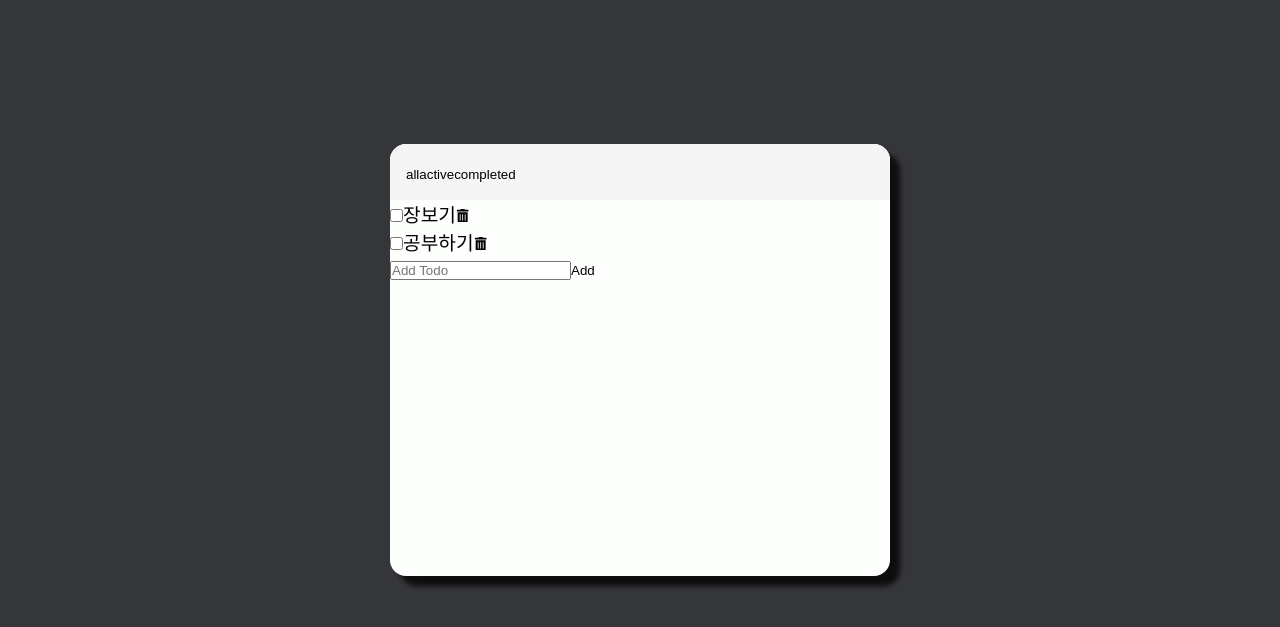
Repository: MrJinkyu/TodoList
Page: /
These files come from the project's save history. The page is drawn as it stood at one moment and after the next save; the edit follows.
The browser window is 1280 px wide. The pictures show the whole page.
The project was rebuilt for these pictures with package versions that can differ from the ones it lists, and the page was loaded fresh each time.

Above is the page before, as saved 2023-05-01 14:39:35.

### src/index.css
:root{
  --color-body: #35363A;
  --color-bg-dark:#f5f5f5;
  --color-bg: #fdfffd;
  --color-grey: #d1d1d1;
  --color-text: #22243b;
  --color-accent: #f16e03;
  --color-white: white;
  --color-scrollbar: #aaa7a7;
}

*{
  box-sizing: border-box;
  padding: 0;
  margin: 0;
}

button{
  border: none;
  outline: none;
  cursor: pointer;
  background-color: transparent;
}

ul,li{
  list-style: none;
}

body {
  margin: 0;
  font-family: -apple-system, BlinkMacSystemFont, 'Segoe UI', 'Roboto', 'Oxygen',
    'Ubuntu', 'Cantarell', 'Fira Sans', 'Droid Sans', 'Helvetica Neue',
    sans-serif;
  -webkit-font-smoothing: antialiased;
  -moz-osx-font-smoothing: grayscale;
  width: 100vw;
  height: 100vh;
  display: flex;
  justify-content: center;
  align-items: center;
  background-color: var(--color-body);
  font-size: 1.2rem;
  accent-color: var(--color-accent);
}

#root{
  overflow: hidden;
  display: flex;
  flex-direction: column;
  width: 100%;
  height: 60%;
  max-width: 500px;
  background-color: var(--color-bg);
  border-radius: 1rem;
  box-shadow: 10px 10px 5px 0px rgba(0,0,0,0.75);
-webkit-box-shadow: 10px 10px 5px 0px rgba(0,0,0,0.75);
-moz-box-shadow: 10px 10px 5px 0px rgba(0,0,0,0.75);
}

code {
  font-family: source-code-pro, Menlo, Monaco, Consolas, 'Courier New',
    monospace;
}

### src/App.js
import { useState } from "react";
import TodoList from "./components/TodoList";
import Header from "./components/Header";

const filters = ['all', 'active', 'completed'];
function App() {
  const [filter, setFilter] = useState(filters[0]);
  return (
    <>
      <Header filters={filters} filter={filter} onFilterChange={setFilter}/>
      <TodoList filter={filter}/>
    </>
  );
}

export default App;

### src/components/TodoList.jsx
import React, { useState } from 'react';
import {v4 as uuidv4} from 'uuid';
import AddTodo from './AddTodo';
import Todo from './Todo';

export default function TodoList({filter}) {
    const [todos, setTodos] = useState([
        { id: uuidv4(), text: '장보기', status: 'active' },
        { id: uuidv4(), text: '공부하기', status: 'active' }
    ]);
    const handleAdd = (todo) => {
        setTodos([...todos, todo]);
    }
    const handleUpdate = (updated) => {
        setTodos(todos.map((todo) => todo.id === updated.id ? updated : todo));
    }
    const handleDelete = (deleted) => {
        setTodos(todos.filter((todo) => todo.id !== deleted.id));
    }
    const filtered = getFilteredItems(todos, filter);
    return (
        <section>
            <ul>
                {filtered.map((item) => (
                    <Todo
                        key={item.id}
                        todo={item}
                        onUpdate={handleUpdate}
                        onDelete={handleDelete}
                    />
                ))}
            </ul>
            <AddTodo onAdd={handleAdd}/>
        </section>
    );
}

function getFilteredItems(todos, filter){
    if(filter === 'all'){
        return todos;
    }
    return todos.filter((todo) => todo.status === filter);
}

### src/components/Header.jsx
import React from 'react';
import styles from './Header.module.css';

export default function Header({filters, filter, onFilterChange}) {
    return (
        <header className={styles.header}>
            <ul className={styles.filters}>
                {filters.map((value,index) => (
                    <li key={index}>
                        <button
                            onClick={() => onFilterChange(value)}
                            className={styles.filter}
                        >
                            {value}
                        </button>
                    </li>
                ))}
            </ul>
        </header>
    );
}

### src/components/AddTodo.jsx
import React, { useState } from 'react';
import {v4 as uuidv4} from 'uuid';

export default function AddTodo({onAdd}) {
    const [text, setText] = useState('');
    const handleChange = (e) => {
        setText(e.target.value);
    }
    const handleSubmit = (e) => {
        e.preventDefault();
        if(text.trim().length === 0){
            return ;
        }
        onAdd({ id: uuidv4(), text, status: 'active' });
        setText('');
    }
    return (
        <form onSubmit={handleSubmit}>
            <input
                type="text"
                value={text}
                onChange={handleChange}
                placeholder='Add Todo'
            />
            <button>Add</button>
        </form>
    );
}

### src/components/Todo.jsx
import React from 'react';
import { FaTrashAlt } from 'react-icons/fa';

export default function Todo({todo, onUpdate, onDelete}) {
    const { id, text, status } = todo;
    const handleChange = (e) => {
        const status = e.target.checked ? 'completed' : 'active';
        onUpdate({...todo, status});
    }
    return (
        <li>
            <input
                type="checkbox"
                name="checkbox"
                id={id}
                checked={status === 'completed'}
                onChange={handleChange}
            />
            <label htmlFor={id}>{text}</label>
            <span>
                <button onClick={() => onDelete(todo)}>
                    <FaTrashAlt/>
                </button>
            </span>
        </li>
    );
}

### src/components/Header.module.css
.header{
    background-color: var(--color-bg-dark);
    display: flex;
    justify-content: space-between;
    align-items: center;
    padding: 1rem;
}

.filters{
    display: flex;
}

.filter{

}

Loaded but not shown: public/index.html (common file); src/index.js (common file); src/reportWebVitals.js (common file)

After the next save:
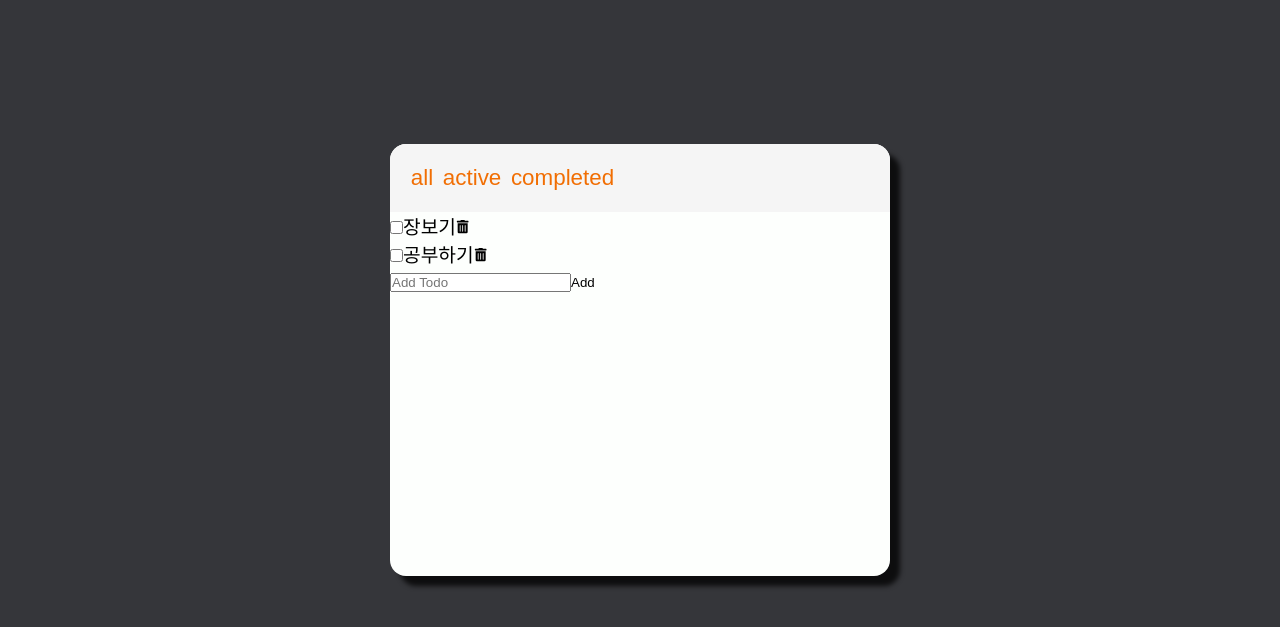
Saved 23 s later.
--- a/src/components/Header.module.css
+++ b/src/components/Header.module.css
@@ -11,5 +11,7 @@
 }
 
 .filter{
-
+    margin: 0.3rem;
+    font-size: 1.4rem;
+    color: var(--color-accent);
 }
